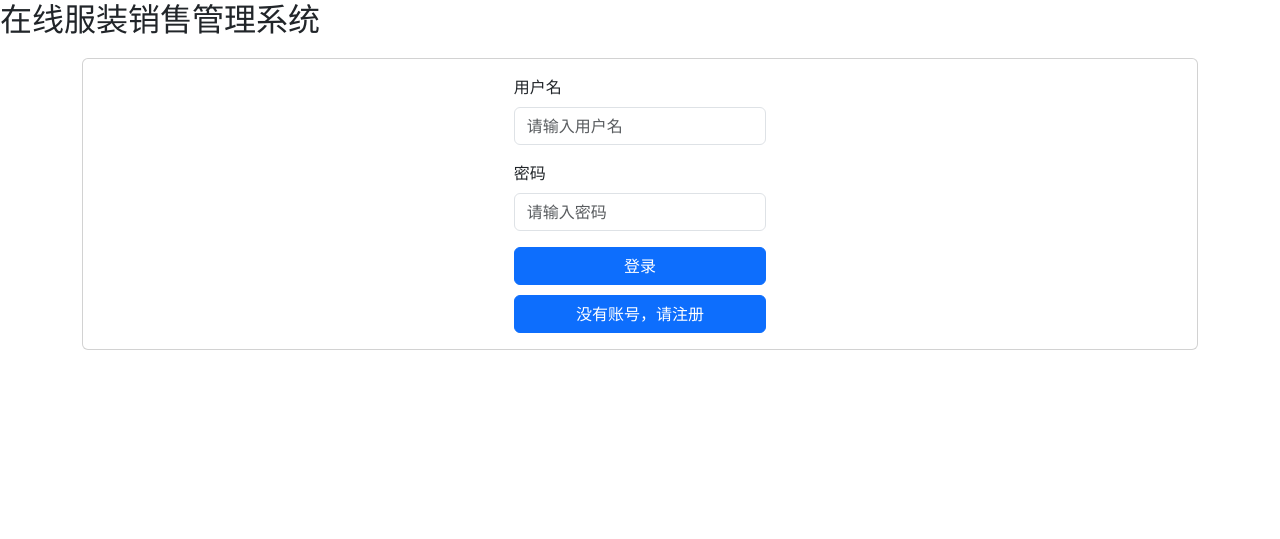
Repository: squawktop/CFS
Page: / (app in web/)
An editor plug-in stored every save of this project. The page is shown before and after a run of saves, followed by the edit.
The browser window is 1280 px wide. The pictures show the whole page.
The project was rebuilt for these pictures with package versions that can differ from the ones it lists, and the page was loaded fresh each time. Also part of the build but not shown: web/vue.config.js, web/src/views/RegisterView.vue, web/src/components/NavBar.vue, web/src/views/HomeView.vue, web/src/views/UsersManageView.vue, web/src/views/PersonalCenterView.vue, web/src/views/GoodsManageView.vue, web/src/views/OrdersManageView.vue and 1 more.

Above is the page before, as saved 2024-03-23 16:28:39.

### web/src/App.vue
<template>
  <RouterView></RouterView>
</template>

<script>


// 导入bootstrap
import "bootstrap/dist/css/bootstrap.min.css"
import "bootstrap/dist/js/bootstrap"
// import { ref } from "vue";

// import $ from 'jquery';
export default {
  components: {

  }
  ,
  setup() {
    // const user_id = ref("");
    // const username = ref("");
    // const password = ref("");

    // $.ajax({
    //   type: "get",
    //   url: "http://127.0.0.1:3000/user/getlist",
    //   success(resp) {
    //     user_id.value = resp[0].id;
    //     username.value = resp[0].username;
    //     password.value = resp[0].password;

    //   },
    //   error() {
    //     this.user_id = "error"
    //   }
    // })




    return {

    }
  }

}

</script>

<style></style>

### web/src/router/index.js
import { createRouter, createWebHistory } from 'vue-router'
// import HomeView from '../views/HomeView.vue'
import LoginView from '../views/LoginView.vue'
import RegisterView from '../views/RegisterView.vue'
import HomeView from '../views/HomeView.vue'
import UsersManageView from '../views/UsersManageView.vue'
import PersonalCenterView from '../views/PersonalCenterView.vue'
import GoodsManageView from '../views/GoodsManageView.vue'
import OrdersManageView from '../views/OrdersManageView.vue'
import NotFound from '../views/NotFoundView.vue'
import store from '@/store/index'

const routes = [
  {
    path: '/',
    name: 'home',
    component: HomeView,
    // redirect: "/user/register",
    meta: { //该页面是否需要授权      //随便写， 也可以设置为   flag : true;
      requestAuth: true,
    }
  },

  {
    path: '/user/login',
    name: 'user_login',
    component: LoginView,
    meta: {
      requestAuth: false,
    }
  },

  {
    path: '/user/register',
    name: 'user_register',
    component: RegisterView,
    meta: { //该页面是否需要授权
      requestAuth: false,
    }
  },
  {
    path: '/user/personalcenter',
    name: 'personal_center',
    component: PersonalCenterView,
    meta: { //该页面是否需要授权
      requestAuth: true,
    }
  },

  {
    path: '/user/usermanage',
    name: 'user_manage',
    component: UsersManageView,
    meta: { //该页面是否需要授权
      requestAuth: true,
    }
  }
  ,
  {
    path: '/goods/manege',
    name: 'goods_manage',
    component: GoodsManageView,
    meta: { //该页面是否需要授权
      requestAuth: true,
    }
  }, {
    path: '/orders/manege',
    name: 'orders_manage',
    component: OrdersManageView,
    meta: { //该页面是否需要授权
      requestAuth: true,
    }
  },


  {
    path: "/404/",
    name: "404",
    component: NotFound
  },
  {
    path: "/:catchAll(.*)",
    redirect: "/404/",  //页面重定向到404
  }
]

const router = createRouter({
  history: createWebHistory(),
  routes
})

router.beforeEach((to, from, next) => {
  if (to.meta.requestAuth && !store.state.user.is_login) {
    next({ name: "user_login" });
  } else {
    next();
  }
})

export default router

### web/src/store/index.js
import { createStore } from 'vuex'
import ModuleUser from '@/store/user'

export default createStore({
  state: {
  },
  getters: {
  },
  mutations: {
  },
  actions: {
  },
  modules: {
    user: ModuleUser,
  }
})

### web/src/views/LoginView.vue
<template>
    <div class="background">
        <h2>在线服装销售管理系统</h2>
        <ContentField v-if="!$store.state.user.pulling_info">
            <div class="row justify-content-md-center">
                <div class="col-3">
                    <form @submit.prevent="login">
                        <div class="mb-3">
                            <label for="username" class="form-label">用户名</label>
                            <input v-model="username" type="text" class="form-control" id="username"
                                placeholder="请输入用户名" />
                        </div>
                        <div class="mb-3">
                            <label for="password" class="form-label">密码</label>
                            <input v-model="password" type="password" class="form-control" id="password"
                                placeholder="请输入密码" />
                        </div>
                        <div class="error-message">{{ error_message }} </div>
                        <button type="submit" class="btn btn-primary">登录</button>
                        <button type="button" class="btn btn-primary" style="margin-top: 10px"
                            @click="registerview">没有账号，请注册</button>

                    </form>
                </div>
            </div>
        </ContentField>
    </div>

</template>

<script>
import ContentField from "@/components/ContentField.vue";
import { useStore } from "vuex"
import { ref } from "vue"
import router from "@/router/index";

export default {
    components: {
        ContentField,
    },
    setup() {
        const store = useStore();
        let username = ref('');
        let password = ref('');
        let error_message = ref('');


        const jwt_token = localStorage.getItem("jwt_token");
        if (jwt_token) {
            store.commit("updateToken", jwt_token);
            store.dispatch("getinfo", {
                success() {
                    router.push({ name: "home" });
                    store.commit("updatePullingInfo", false);
                }, error() {
                    store.commit("updatePullingInfo", false);
                }
            })
        } else {
            store.commit("updatePullingInfo", false);
        }




        const login = () => {
            error_message.value = "";
            store.dispatch("login", {
                username: username.value,
                password: password.value,
                success() {
                    store.dispatch("getinfo", {
                        success() {
                            router.push({ name: 'home' });
                        }
                    })

                },
                error() {
                    error_message.value = "用户名或密码错误";
                }
            })
        }

        const registerview = () => {
            router.push({ name: "user_register" });
        }

        return {
            username,
            password,
            error_message,
            login,
            registerview,

        }
    }
};
</script>

<style scoped>
button {
    width: 100%;
}

div.error-message {
    color: red;
}
</style>

### web/src/store/user.js
import router from '@/router';
import $ from 'jquery'
export default {
    state: {
        id: "",
        username: "",
        photo: "",
        token: "",
        is_login: false,
        pulling_info: true,
    },
    getters: {
    },
    mutations: {        //一般是用来修改数据的
        updateUser(state, user) {
            state.id = user.id;
            state.username = user.username;
            state.photo = user.photo;
            state.is_login = user.is_login;
        },
        updateToken(state, token) {
            state.token = token;
        },
        logout(state) {
            state.id = "";
            state.username = "";
            state.photo = "";
            state.token = "";
            state.is_login = false;
            router.push({ name: "user_login" });
        },
        updatePullingInfo(state, pulling_info) {
            state.pulling_info = pulling_info;
        },
    },

    actions: {

        login(context, data) {
            $.ajax({
                url: "http://127.0.0.1:3000/api/user/account/token/",
                type: "post",
                data: {
                    username: data.username,
                    password: data.password,
                },
                success(resp) {
                    if (resp.error_message === "success") {
                        localStorage.setItem("jwt_token", resp.token);
                        context.commit("updateToken", resp.token);
                        data.success(resp);
                    } else {
                        data.error(resp);
                    }
                },
                error(resp) {
                    data.error(resp)
                },
            });
        },
        getinfo(context, data) {
            $.ajax({
                url: "http://127.0.0.1:3000/api/user/account/info/",
                type: "get",
                headers: {
                    Authorization:
                        "Bearer " + context.state.token,
                },
                success(resp) {
                    if (resp.error_message === "success") {
                        // console.log(resp);
                        context.commit("updateUser", {
                            ...resp,
                            is_login: true,

                        });
                        data.success(resp);
                    } else {
                        data.success(resp);
                    }

                },
                error(resp) {
                    data.error(resp);
                },
            });

        },
        logout(context) {
            localStorage.removeItem("jwt_token");
            context.commit("logout")
        }
    },
    modules: {
    }
}

### web/src/components/ContentField.vue
<template>
    <div class="container content-field">
        <div class="card">
            <div class="card-body">
                <slot></slot>
            </div>
        </div>
    </div>
</template>

<script>
</script>

<style scoped>
div.content-field {
    margin-top: 20px;
}
</style>

Loaded but not shown: web/public/index.html (common file); web/src/main.js (common file)

After the next 2 saves:
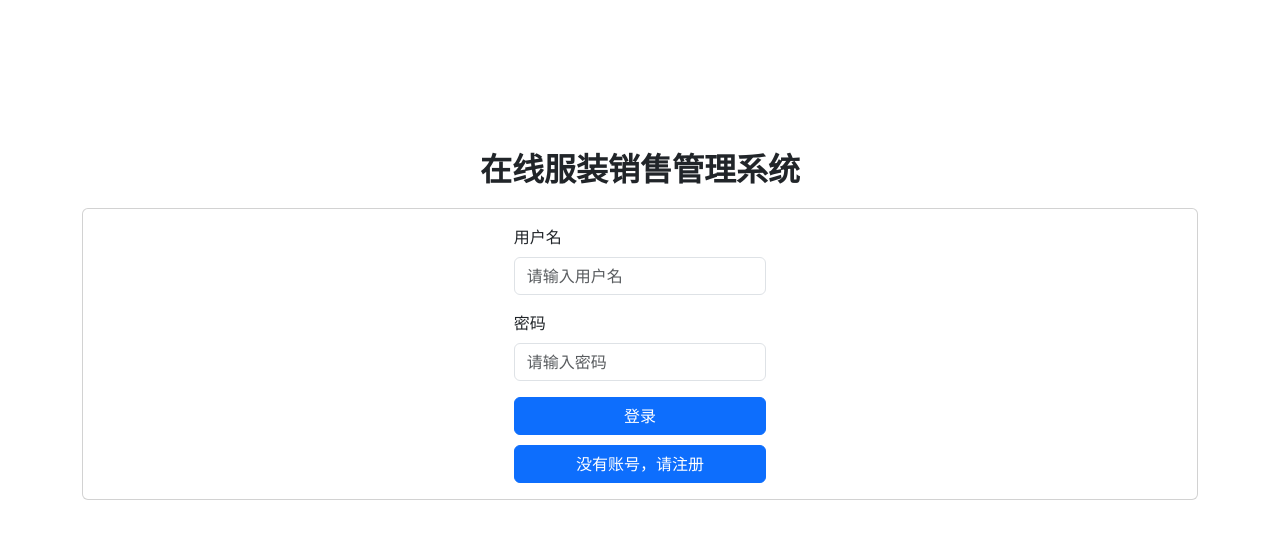
The 2 saves are shown as one change because they came seconds apart.
The last was saved 30 s later.
--- a/web/src/views/LoginView.vue
+++ b/web/src/views/LoginView.vue
@@ -99,6 +99,13 @@ export default {
 </script>
 
 <style scoped>
+h2 {
+
+    text-align: center;
+    margin-top: 150px;
+    font-weight: bold;
+}
+
 button {
     width: 100%;
 }
